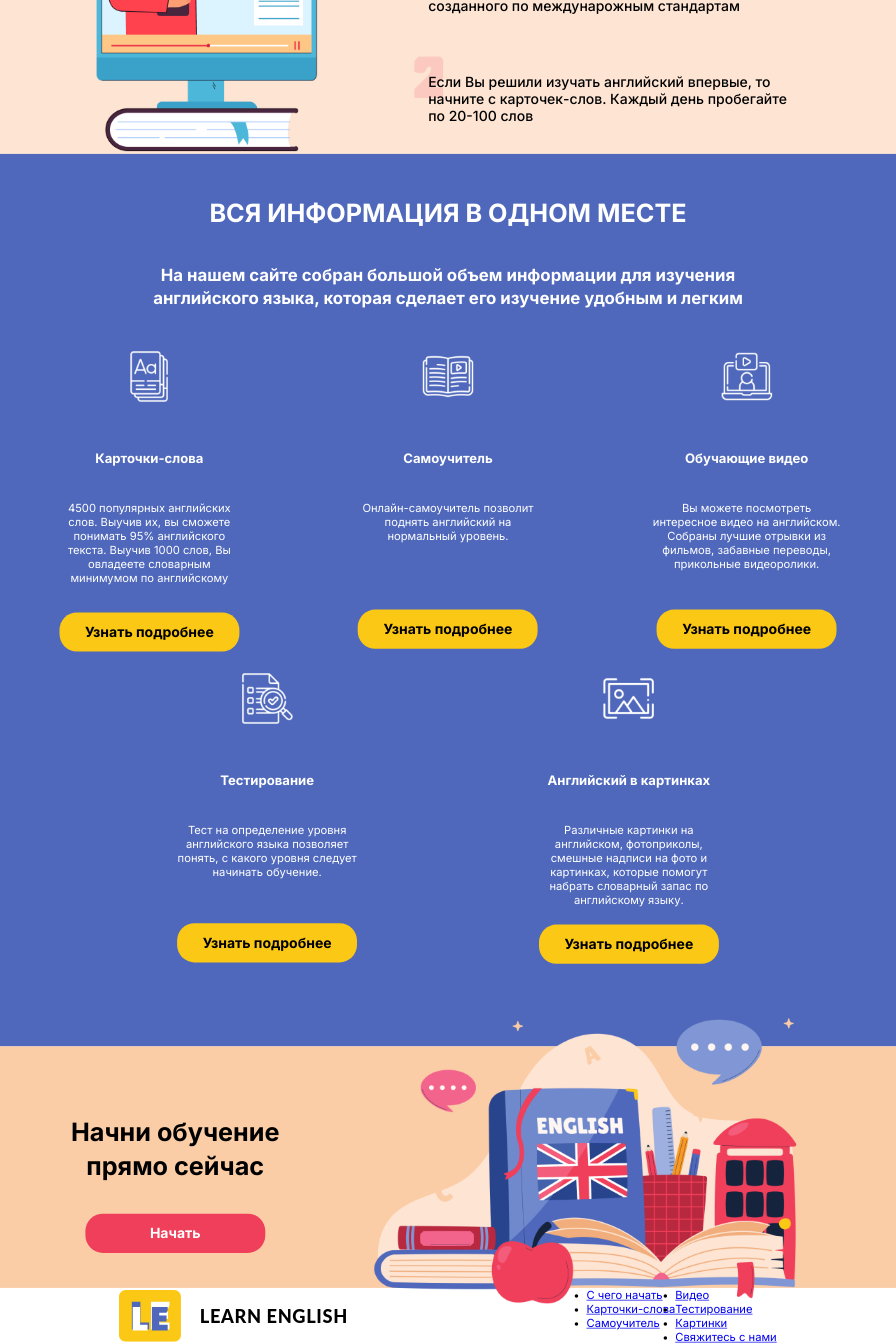
Repository: WladimirVA/Diplom
Page: scool/index.html
The author's editor kept a copy of each file at every save. The page is drawn from the files as they stood at one save, then again after the next save.
The browser window is 1280 px wide. The pictures show the part of the page from y = 1157 to 3077 px (the page is 3077 px tall before and 3071 px after), at 70% of full size.

Above is the page before, as saved 2023-07-19 14:48:06.

### scool/index.html
<!DOCTYPE html>
<html lang="en">
<head>
    <meta charset="UTF-8">
    <meta name="viewport" content="width=device-width, initial-scale=1.0">
    <link href="./css/index.css" rel="stylesheet" type="text/css">
    <link href="../static/css/fonts.css" rel="stylesheet" type="text/css">
    <link rel="icon" sizes="16x16" href="./img/Vector.svg" type="image/x-icon">
    <title>Learn english</title>
</head>
<body>
    <header class="header" di="HOME">
        <div class="section">
            <div class="section-header">
                <div class="logo">
                    <img src="./img/Vector.svg">
                    <p>Learn english</p>
                </div>
                <div>

                    <ul class="ddropdownn">
                        <li class="ddropdownn-top">
                        <a class="ddropdownn-top" href="#">С чего начать</a>
                        </li>
                        <li class="ddropdownn-top">
                            <a class="ddropdownn-top" href="mailto:dyadichenko_va@mail.ru">Свяжитесь с нами</a>
                        </li>
                        <li class="ddropdownn-top">
                        <a class="ddropdownn-top" href="#">Обучение &#9660;</a>
                            <ul class="ddropdownn-inside">
                                <li><a href="/">Карточки-слова</a></li>
                                <li><a href="/">Самоучитель</a></li>
                                <li><a href="/">Видео</a></li>
                                <li><a href="/">Тестирование</a></li>
                                <li><a href="/">Картинки</a></li>
                            </ul>
                        </li>

                    </ul>
                </div>
            </div>
        </div>
    </header>
    <main>
        <section class="BEGINNES">
            <div class="section">
                <div class="content-beginners">
                    <div class="beginners-inf">
                        <h1>Английский <br>для начинающих</h1>
                        <p>Огромный объём <span  style="font-weight:900"> бесплатный <br></span> информации для изучения английского языка</p>
                        <div>
                            <ul class="home_ul">
                                <li class="home_li"><img class="check" src="./img/Иконка _Галочка_ 3.svg">Без регистрации</li>
                                <li class="home_li"><img class="check" src="./img/Иконка _Галочка_ 3.svg">Удобно и легко</li>
                            </ul>
                        </div>
                        <div class="buttonsHome">
                            <form action="#" method="post">
                                <button class="button_home">Начать обучение</button>
                            </form>
                        </div>
                    </div>
                    <div class="beginners-img">
                        <img src="./img/BACKGROUND.png" alt="foto">
                    </div>
                </div>
            </div>
        </section>
        <section class="LEARNING">
            <div class="section">
                <div class="content-learning">
                    <h1>С чего начать изучение<br> английского языка</h1>
                        <div class="learning">
                            <div class="img-learning">
                                <img src="./img/Group 31.png" alt="foto">
                            </div>
                            <div class="learning-text">
                                <div>
                                    <p class="popular">Самым популярным языком в мире является английский язык</p>
                                </div>
                                <div class="learning-text-img">
                                    <img src="./img/1.png" alt="number1">
                                    <p>Если у Вас уже есть определённые знания английского языка, проверьте свой уровень владения языком с помощью онлайн-тестирования, созданного по междунарожным стандартам</p>
                                </div>
                                <div class="learning-text-img">
                                    <img src="./img/2.png" alt="number2">
                                    <p>Если Вы решили изучать английский впервые, то начните с карточек-слов. Каждый день пробегайте по 20-100 слов</p>
                                </div>
                            </div>
                        </div>
                </div>
            </div>
        </section>
        <section class="INFORMATION">
            <div class="section">
                <div class="content-information">
                    <div class="information-text">
                        <h1>Вся информация в одном месте</h1>
                        <p>На нашем сайте собран большой объем информации для изучения <br> английского языка, которая сделает его изучение удобным и легким</p>
                    </div>
                </div>
                <div class="information">
                    <div class="information1">
                        <div class="a">
                            <img src="./img/Mask group.png" alt="foto">
                            <h3>Карточки-слова</h3>
                            <p>4500 популярных английских слов. Выучив их, вы сможете понимать 95% английского текста. Выучив 1000 слов,
                                Вы овладеете словарным минимумом по английскому</p>
                            <form class="buttton-inf1" action="#" method="post">
                                <button class="button_home">Узнать подробнее</button>
                            </form>
                        </div>
                        <div class="b">
                            <img src="./img/Mask group2.png" alt="foto">
                            <h3>Самоучитель</h3>
                            <p>Онлайн-самоучитель позволит поднять английский на нормальный уровень.</p>
                            <form class="buttton-inf2" action="#" method="post">
                                <button class="button_home">Узнать подробнее</button>
                            </form>
                        </div>
                        <div class="c">
                            <img src="./img/Mask group3.png" alt="foto">
                            <h3>Обучающие видео</h3>
                            <p>Вы можете посмотреть интересное видео на английском. Собраны лучшие отрывки из фильмов, забавные переводы, прикольные видеоролики.</p>
                            <form class="buttton-inf3" action="#" method="post">
                                <button class="button_home">Узнать подробнее</button>
                            </form>
                        </div>
                    </div>
                    <div class="information2">
                        <div class="d">
                            <img src="./img/Mask group4.png" alt="foto">
                            <h3>Тестирование</h3>
                            <p>Тест на определение уровня английского языка позволяет понять, с какого уровня следует начинать обучение.</p>
                            <form class="buttton-inf4" action="#" method="post">
                                <button class="button_home">Узнать подробнее</button>
                            </form>
                        </div>
                        <div class="e">
                            <img src="./img/Mask group5.png" alt="foto">
                            <h3>Английский в картинках</h3>
                            <p>Различные картинки на английском, фотоприколы, смешные надписи на фото и картинках, которые помогут набрать словарный запас по английскому языку.</p>
                            <form class="buttton-inf5" action="#" method="post">
                                <button class="button_home">Узнать подробнее</button>
                            </form>
                        </div>
                    </div>
                </div>
            </div>
        </section>
        <section class="TRANING">
            <div class="section">
                <div class="training">
                    <div class="training-inf">
                        <p>Начни обучение <br>прямо сейчас</p>
                        <form class="buttton-training1">
                            <button class="button_home buttton-training">Начать</button>
                        </form>
                    </div>
                    <div class="training-img">
                        <img src="./img/image 2 (3).png" alt="number2">
                    </div>
                </div>
            </div>
        </section>
    </main>
    <footer class="FOOTER">
        <div class="section">
            <div class="section-footer">
                <div class="logo">
                    <img src="./img/Vector.svg">
                    <p>Learn english</p>
                </div>
                <div class="ddropdownn-footer">
                    <div class="ddropdownn">
                        <ul >
                            <li><a href="#">С чего начать</a></li>
                            <!-- <li><a href="#">Обучение</a></li> -->
                            <li><a href="#">Карточки-слова</a></li>
                            <li><a href="#">Самоучитель</a></li>
                        </ul>
                    </div>
                    <div class="ddropdownn2">
                        <ul>
                            <li><a href="#">Видео</a></li>
                            <li><a href="#">Тестирование</a></li>
                            <li><a href="#">Картинки</a></li>
                            <li><a class="link" href="mailto:dyadichenko_va@mail.ru">Свяжитесь с нами</a></li>
                        </ul>
                    </div>
                </div>
            </div>
        </div>
    </footer>
</body>
</html>

### scool/css/index.css
body {
    scroll-behavior: smooth;
    align-items: center;
    width: 100%;
    max-width: 1366px;
    margin: auto;
    font-family: 'Inter', 'Work Sans', "NunitoSans-Light", Arial, Helvetica, sans-serif;
}
* {
    margin: 0;
    padding: 0;
}

.logo {
    display: flex;
    align-items: center;
}

.logo p {
    font-family: Lato;
    font-size: 26px;
    font-weight: 800;
    line-height: 48px;
    letter-spacing: 0.035em;
    text-align: left;
    text-transform: uppercase;
    padding-left: 1em;
}

/* .link {
    font-family: Inter;
    font-size: 16px;
    font-weight: 500;
    line-height: 20px;
    letter-spacing: 0em;
    padding-right: 60px;
    text-decoration: none;
    color: #000000;


}

.header-nav {
    display: flex;
    list-style-type: none;
    padding-top: 20px;
} */
/* Стили выпадающего списка */
ul.ddropdownn li {/* Считаем координаты относительно исходного места. */
    position: relative; }
ul.ddropdownn, ul.ddropdownn-inside {
    /* Отступы на нуле. */
    padding: 0;
    /* Маркеры уберем. */
    list-style-type: none;
    }
ul.ddropdownn-inside {
    /* Спрячем дочерние элементы выпадающего списка. */
    left: -9999px;
    position: absolute;
    }
ul.ddropdownn li.ddropdownn-top {
    /* Небольшой отступ. */
    margin: 20px 1px 0 0;
    /* Выравнивание по левой стороне. */
    float: left;
    display: inline;
    }
ul.ddropdownn li.ddropdownn-top a {
    /* Делаю элементы блочными. */
    display: block;
    /* Снова отступы. */
    padding: 3px 30px 4px;
    text-decoration: none;
    color: black;
    font-family: Inter;
    width: 145px;
    }
/* ul.ddropdownn a.ddropdownn-top {/* Цвет фона. */ background: #FEF6F3; } */
ul.ddropdownn a.ddropdownn-top:hover {/* Отступы. */ padding: 13px 20px 4px; }
ul.ddropdownn li.ddropdownn-top:hover .ddropdownn-inside {
    left: 0;
    /* Делаю элементы блочными. */
    display: block;
    }
ul.ddropdownn .ddropdownn-inside {/* Цвет фона. */ background: #FEF6F3; }
ul.ddropdownn .ddropdownn-inside a:hover {/* Цвет фона изменится при наведении. */
    background: #FEF6F3; }


@media screen and (max-width: 745px) {
    .header-nav {
        display: block;
        padding-top: 0px;
    }
}


.section-header {
    display: flex;
    justify-content: space-between;
    background-color: #FEF6F3;
    padding: 5px 0px 0 70px;

}

.BEGINNES {
    background: #FEF6F3;
}

.content-beginners {
    display: flex;
    justify-content: space-between;
}

.beginners-inf {
    padding: 50px 0 0 70px;
}

.beginners-inf h1 {
    font-family: Inter;
    font-size: 44px;
    font-weight: 700;
    line-height: 48px;
    letter-spacing: -0.08em;
    text-align: left;
    text-transform: uppercase;
    font-family: Inter;
    font-size: 45px;
    font-weight: 700;
    line-height: 48px;
    letter-spacing: 0.035em;
    text-align: left;
}

.beginners-img img {
    width: 100%;
    height: auto;
}

.beginners-inf p {
    margin-top: 50px;
}

.content-beginners {
    font-family: Inter;
    font-size: 22px;
    font-weight: 700;
    line-height: 24px;
    letter-spacing: 0em;
    text-align: left;

    font-family: Inter;
    font-size: 22px;
    font-weight: 500;
    line-height: 24px;
    letter-spacing: 0em;
    text-align: left;

    font-family: Inter;
    font-size: 20px;
    font-weight: 500;
    line-height: 24px;
    letter-spacing: 0em;
    text-align: left;
}

.home_ul {
    list-style-type: none;
    padding: 20px 0 20px 0;
}

.check {
    margin-left: 15px;
}

.button_home {
    font-family: Inter;
    font-size: 20px;
    font-weight: 700;
    line-height: 24px;
    letter-spacing: 0em;
    text-align: center;
    background:#FBC815;
    border-style: none;
    border-radius: 25px;
    width: 257px;
    height: 56px;
}

.LEARNING {
    background: #FDE4D3;
}

.learning {
    display: flex;
    justify-content: space-evenly;
}

.img-learning img {
    width: 100%;
    height: auto;
}

.content-learning h1 {
    text-align: center;
    text-transform: uppercase;
    font-family: Inter;
    font-size: 36px;
    font-weight: 700;
    line-height: 48px;
    letter-spacing: 0em;
    text-align: center;
    padding-top: 65px;

}

.popular {
    margin-left: 20px;
}

.learning-text {
    max-width: 550px;
    margin-top: 50px;
}

.learning-text p {
    font-family: Inter;
    font-size: 20px;
    font-weight: 500;
    line-height: 24px;
    letter-spacing: 0em;
    text-align: left;
}

.learning-text-img {
    margin-top: 60px;
}

.learning-text-img p {
    margin: -38px 0 0 20px;
}

.INFORMATION {
    background: #4F68BB;
    height: 1275px;
}

.information-text {
    text-align: center;
    color: #FFFFFF;
    /* max-width: 932px; */
}


.content-information h1 {
    font-family: Inter;
    font-size: 36px;
    font-weight: 700;
    line-height: 48px;
    letter-spacing: 0em;
    text-align: center;
    text-transform: uppercase;
    padding: 60px 0 50px 0;
}

.content-information p {
    font-family: Inter;
    font-size: 24px;
    font-weight: 700;
    line-height: 32px;
    letter-spacing: 0em;
    text-align: center;
}


.information1 {
    color: #FFFFFF;
    height: 400px;
    text-align: center;
    display: flex;
    justify-content: space-around;
    margin: 60px 0 0 0;
}

.information1 p {
    max-width: 270px;
}

.information1 h3 {
    padding: 65px 0 50px 0;
}

.information2 {
    color: #FFFFFF;
    height: 400px;
    text-align: center;
    margin: 60px 0 0 0;
    display: flex;
    justify-content: space-evenly;
}

.information2 p {
    max-width: 270px;
}
.information2 h3 {
    padding: 65px 0 50px 0;
}

.buttton-inf1 {
    margin-top: 39px;
}
.buttton-inf2 {
    margin-top: 95px;
}
.buttton-inf3 {
    margin-top: 55px;
}
.buttton-inf4 {
    padding-top: 63px;
}
.buttton-inf5 {
    padding-top: 25px;
}

.TRANING {
    background:rgba(251, 205, 166, 1);
    height: 345px;
}

.training {
    display: flex;
    align-items: center;
    justify-content: space-evenly;
}

.training-inf {
    display: block;
    text-align: center;
}

.training-inf p {
    font-family: Inter;
    font-size: 36px;
    font-weight: 700;
    line-height: 48px;
    letter-spacing: 0em;
    text-align: center;
}

.buttton-training1 {
    padding-top: 45px;
}

.buttton-training {
    color: #FFFFFF;
    font-family: Inter;
    font-size: 20px;
    font-weight: 700;
    line-height: 24px;
    letter-spacing: 0em;
    text-align: center;
   background: rgba(240, 63, 90, 1);
}

.training-img {
    margin-top: -60px;
}

.section-footer {
    display: flex;
    justify-content: space-around
}

.ddropdownn-footer {
    display: flex;
}

.ddropdownn {
    display: flex;
}

.ddropdownn2 {
    display: flex;
}

### static/css/fonts.css
/* @import url('https://fonts.googleapis.com/css2?family=Work+Sans:ital,wght@0,600;0,800;1,800&display=swap'); */


/* @import url('https://fonts.googleapis.com/css2?family=Inter:wght@400;500;600;700;800&family=Work+Sans:ital,wght@0,600;0,800;1,800&display=swap'); */


@import url('https://fonts.googleapis.com/css2?family=Inter:wght@100;200;300;400;500;600;700;800;900&display=swap');

@import url('https://fonts.googleapis.com/css2?family=Inter:wght@100;200;300;400;500;600;700;800;900&family=Work+Sans:ital,wght@0,100;0,200;0,300;0,400;0,500;0,600;0,700;0,800;0,900;1,100;1,200;1,300;1,400;1,500;1,600;1,700;1,800;1,900&display=swap');

After the next save:
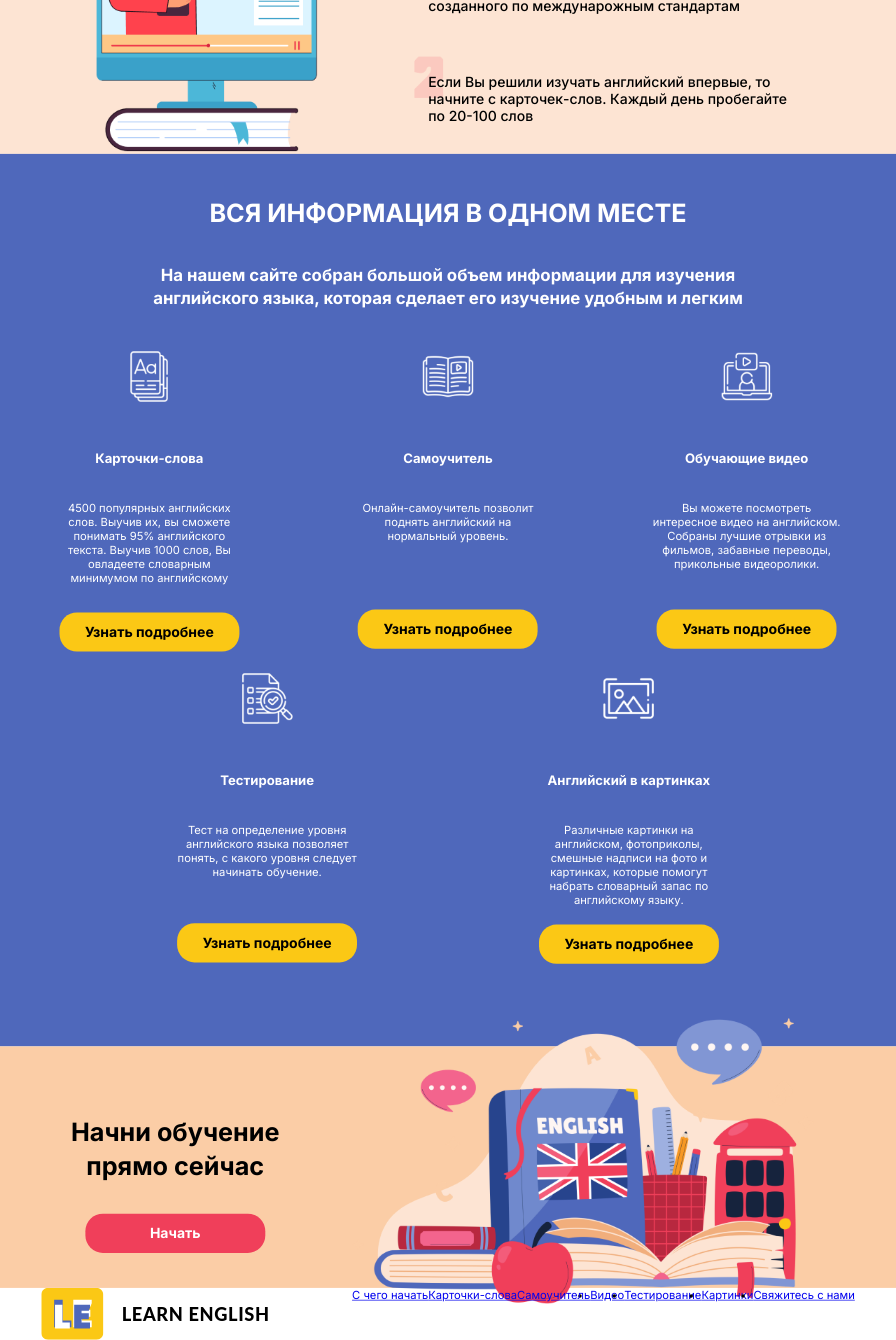
Saved 1 s later.
--- a/scool/index.html
+++ b/scool/index.html
@@ -172,16 +172,16 @@
                     <p>Learn english</p>
                 </div>
                 <div class="ddropdownn-footer">
-                    <div class="ddropdownn">
-                        <ul >
+                    <div >
+                        <ul class="ddropdownn">
                             <li><a href="#">С чего начать</a></li>
                             <!-- <li><a href="#">Обучение</a></li> -->
                             <li><a href="#">Карточки-слова</a></li>
                             <li><a href="#">Самоучитель</a></li>
                         </ul>
                     </div>
-                    <div class="ddropdownn2">
-                        <ul>
+                    <div >
+                        <ul class="ddropdownn2">
                             <li><a href="#">Видео</a></li>
                             <li><a href="#">Тестирование</a></li>
                             <li><a href="#">Картинки</a></li>
